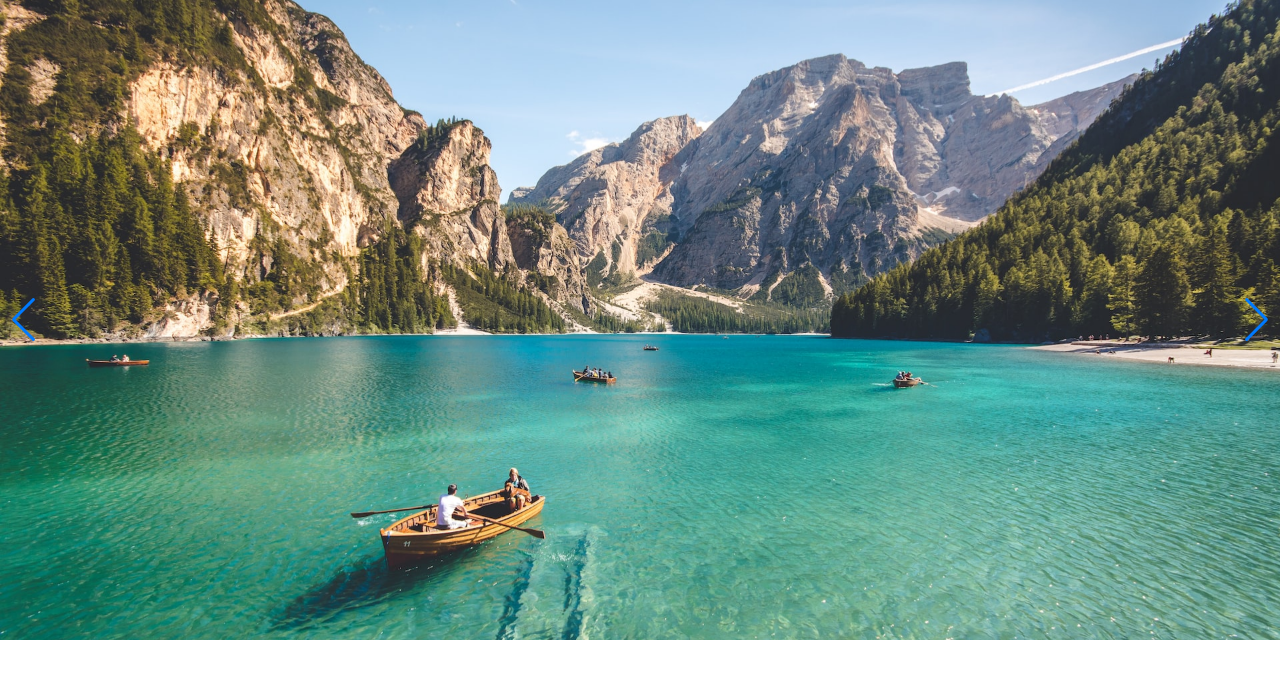
Repository: OmniaRafat232111121/Traveling
Page: index.html
An editor plug-in stored every save of this project. The page is shown before and after a run of saves, followed by the edit.
The browser window is 1280 px wide. The pictures show the whole page.

Above is the page before, as saved 2022-12-19 22:58:20.

### index.html
<!DOCTYPE html>
<html lang="en">
<head>
    <meta charset="UTF-8">
    <meta http-equiv="X-UA-Compatible" content="IE=edge">
    <meta name="viewport" content="width=device-width, initial-scale=1.0">
    <title>Travel Css</title>
    <link rel="stylesheet" href="css/style.css">
    <!--swiper-->
       <link
  rel="stylesheet"
  href="https://cdn.jsdelivr.net/npm/swiper@8/swiper-bundle.min.css"
/>
</head>
<body>
    <!--navbar start-->
    <header class="header">
        <div class="logo">
        <a href="index.html" >Travel</a>
        </div>
        <div class="'bx bx-menu" id="menu-icon"></div>
        <nav>
            <ul>
                <li><a href="index.html">Home</a></li>
                <li><a href="#about">About</a></li>
                <li><a href="#places">Places</a></li>
                <li><a href="#viedo">Videos</a></li>
            </ul>
        </nav>

    </header>
   <!--navbar end-->
   <!--home start-->
   <section class="home swiper" id="home">
   <div class="swiper-wrapper">
        <div class="swiper-slide container">
            <img src="./imgs/travel1.jpg" alt="travel"/>
        </div>

      </div>
      <div class="swiper-button-next"></div>
      <div class="swiper-button-prev"></div>
   </section>
   <!--home end-->
<!--swiper-->
<script src="https://cdn.jsdelivr.net/npm/swiper@8/swiper-bundle.min.js"></script>
<!--custom js-->
<script src="main.js"></script>
</body>
</html>

### css/style.css
@import url('https://fonts.googleapis.com/css2?family=Be+Vietnam+Pro:wght@100&family=Inter:wght@100;300;400;500;600&family=Montserrat:wght@400;700&family=Nunito:ital,wght@0,200;0,300;1,200&family=Open+Sans:ital,wght@0,300;0,600;0,700;1,300&family=Poppins:ital,wght@0,200;0,300;0,500;0,600;0,800;0,900;1,100;1,200;1,300;1,500&family=Work+Sans:ital,wght@0,100;0,200;0,400;0,500;1,200;1,300&display=swap');
*{
    padding:0;
    margin:0;
    box-sizing: border-box;
    font-family: Poppins,'sans-serif';
    scroll-behavior: smooth;
}
:root{
    --text-color:#021f2a;
    --bf-color:#fff;
}
li{
    list-style: none;
}
a{
    text-decoration: none;
}
header{
    background-color: rgb(5, 11, 11);
    position:fixed;
    width:100%;
    top:0;
    left:0;
    right:0;
    display:flex;
    align-items: center;
    justify-content: space-between;
    padding:10px 20px;
     transition: 0.3s;
}
nav ul li{
    display:inline-block;
    margin-left: 100px;

}
nav ul li a{
    color:#fff;
}
.logo a{
    font-size: 1rem;
    font-weight: 600;
    color:var(--bf-color)
}
nav ul li {
    position: relative;
}
nav ul li a::after{
    content:" ";
    width:0%;
    height:2px;
    background-color:#fff;
    position: absolute;
    bottom: -3px;
    left:0;
    transition: 0.3s;

}
nav ul li a:hover::after{
 width:50px;
}
.container{
    position:relative;
    width:100%;
    min-height:640px ;
    display: flex;
    align-items: center;
}
.container img{
    position: absolute;
    width:100%;
    height:100%;
    object-fit: cover;
}

Loaded but not shown: main.js (no stored copy; drawn as an empty file)

After the next 2 saves:
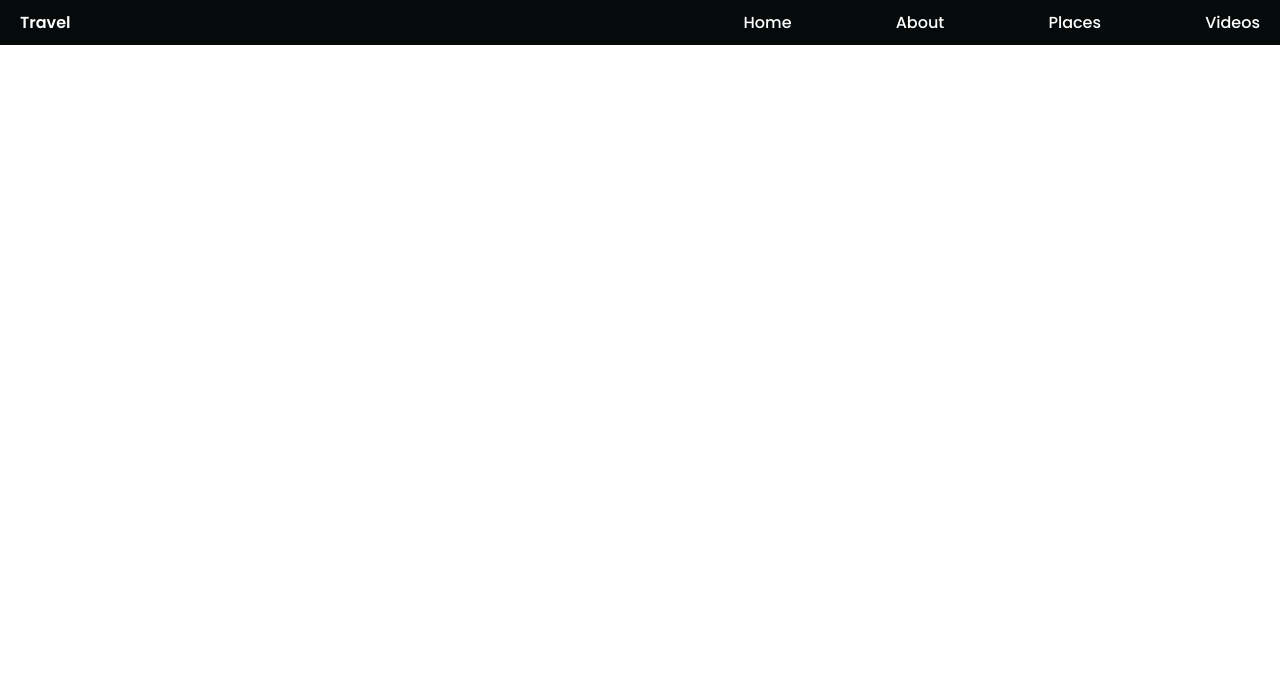
The 2 saves are shown as one change because they came seconds apart.
The last was saved 65 s later.
--- a/css/style.css
+++ b/css/style.css
@@ -59,6 +59,7 @@
 nav ul li a:hover::after{
  width:50px;
 }
+#Menu
 .container{
     position:relative;
     width:100%;

After the 3 saves that followed:
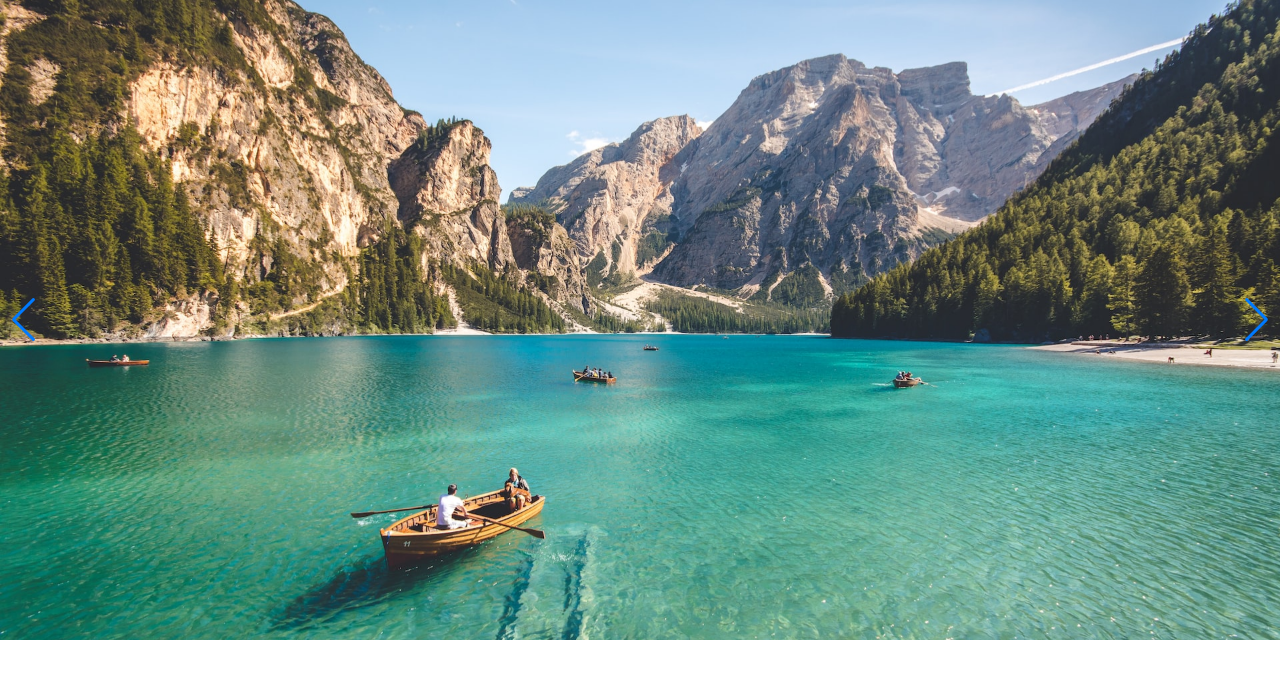
The 3 saves are shown as one change because 2 left the picture as it was.
The last was saved 14 s later.
--- a/css/style.css
+++ b/css/style.css
@@ -59,7 +59,9 @@
 nav ul li a:hover::after{
  width:50px;
 }
-#Menu
+#menu-icon{
+    display:none;
+}
 .container{
     position:relative;
     width:100%;
